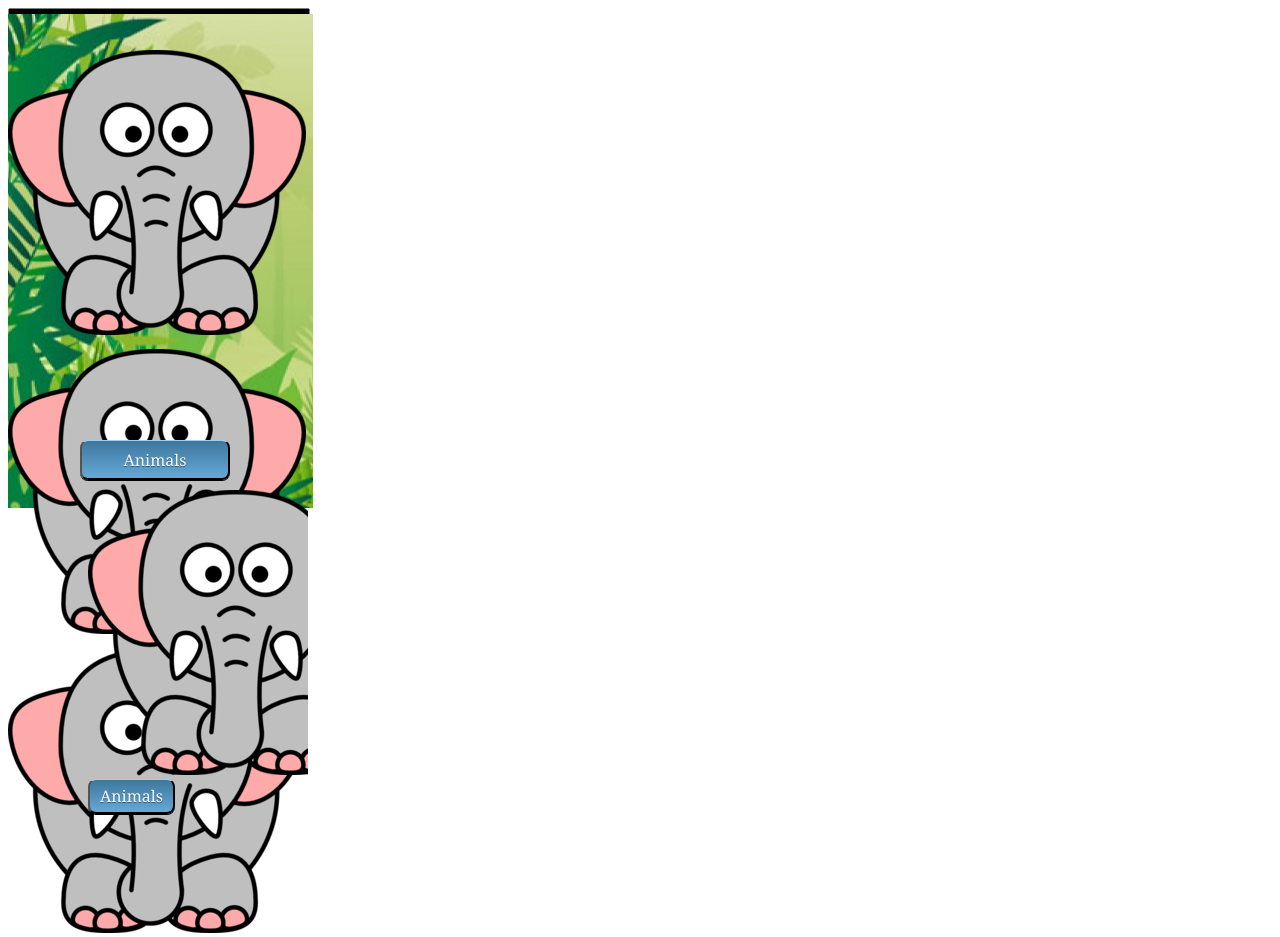
Repository: RathipriyaChandrasekaran/dotlite
Page: ConnectDots/menupage.html
These files come from the project's save history. The page is drawn as it stood at one moment and after the next save; the edit follows.
The browser window is 1280 px wide. The pictures show the whole page.

Above is the page before, as saved 2014-12-14 02:51:21.

### ConnectDots/menupage.html
<!DOCTYPE html>
<html>
<head>
     <meta charset="utf-8" />
     <meta name="viewport" content="width=device-width, initial-scale=1.0, maximum-scale=1.0">
     <link rel="stylesheet" type="text/css" href="css/appstyle.css"/>
     <script src="js/main.js"></script>
</head>
<body>

 <div id="scroll" class="scope">

   <div id="filmstrip" class="filmstrip" style="width: 1500px;">
    <div id="animals">
     <img src="images/elephants.png"></img>
     <button class="button">Animals</button>
    </div>
    <div id="music">
     <img src="images/elephants.png"></img>
     <button class="button">Music</button>
    </div>
    <div id="">
     <img src="images/elephants.png"></img>
     <button class="button">Music</button>
    </div>
    <img src="images/elephants.png"></img>
   </div>
 </div>
 <canvas id="canvas" width="305px" height="500px"></canvas>
  <button id="animals" class="button">Animals</button>


 <script>
 var points=new Array();
 var canvas = document.getElementById('canvas');
 var context = canvas.getContext('2d');
 var height = 490;
 var width = 300;

 context.beginPath();
 context.rect(1, 1, width, height);
 context.fill();
 context.lineWidth = 1;
 context.strokeStyle = 'black';
 context.stroke();

 function loadCanvas(dataURL, _cb) {

     // load image from data url
     var imageObj = new Image();
     imageObj.onload = function() {
         var imgWidth = this.width;
         var imgHeight = this.height;
         var posX = (width - imgWidth)/2;
         var posY = (height - imgHeight)/2;
         context.drawImage(this, -5, posY + 10);
         if (_cb) _cb();
     };

     imageObj.src = dataURL;
 }

loadCanvas("images/jungle.png", function() {

});




 </script>
</body>
</html>

### ConnectDots/css/appstyle.css
#backgroundimage{
	display: block;

    background-repeat: no-repeat ;
}

#play{
	position: absolute;
	top: 270px;
	left: 200px;
	width: 100px;
	height: 35px;
}

#pref{
	position : absolute;
	top: 320px;
	left: 200px;
	width: 100px;
	height: 30px;
}
#moregame{
	position : absolute;
	top: 360px;
	left: 200px;
	width: 100px;
	height: 30px;
}
#animals{
	position : absolute;
	top: 440px;
	left: 80px;
	width: 150px;
	height: 40px;
}
#fullversion{
	position : absolute;
	top: 400px;
	left: 200px;
	width: 100px;
	height: 30px;
}
.button {
   border-top: 1px solid #96d1f8;
   background: #D2691E;
   background: -webkit-gradient(linear, left top, left bottom, from(#3e779d), to(#65a9d7));
   background: -webkit-linear-gradient(top, #3e779d, #65a9d7);
   background: -moz-linear-gradient(top, #3e779d, #65a9d7);
   background: -ms-linear-gradient(top, #3e779d, #65a9d7);
   background: -o-linear-gradient(top, #3e779d, #65a9d7);
   padding: 5px 10px;
   -webkit-border-radius: 8px;
   -moz-border-radius: 8px;
   border-radius: 8px;
   -webkit-box-shadow: rgba(0,0,0,1) 0 1px 0;
   -moz-box-shadow: rgba(0,0,0,1) 0 1px 0;
   box-shadow: rgba(0,0,0,1) 0 1px 0;
   text-shadow: rgba(0,0,0,.4) 0 1px 0;
   color: white;
   font-size: 16px;
   font-family: Georgia, serif;
   text-decoration: bold;
   vertical-align: middle;
   }
.button:hover {
   border-top-color: #28597a;
   background: #28597a;
   color: #ccc;
   }
.button:active {
   border-top-color: #1b435e;
   background: #D2691E;
   }
   .smallbutton {
   border-top: 1px solid #96d1f8;
   background: #65a9d7;
   background: -webkit-gradient(linear, left top, left bottom, from(#3e779d), to(#65a9d7));
   background: -webkit-linear-gradient(top, #3e779d, #65a9d7);
   background: -moz-linear-gradient(top, #3e779d, #65a9d7);
   background: -ms-linear-gradient(top, #3e779d, #65a9d7);
   background: -o-linear-gradient(top, #3e779d, #65a9d7);
   padding: 5px 10px;
   -webkit-border-radius: 8px;
   -moz-border-radius: 8px;
   border-radius: 8px;
   -webkit-box-shadow: rgba(0,0,0,1) 0 1px 0;
   -moz-box-shadow: rgba(0,0,0,1) 0 1px 0;
   box-shadow: rgba(0,0,0,1) 0 1px 0;
   text-shadow: rgba(0,0,0,.4) 0 1px 0;
   color: white;
   font-size: 14px;
   font-family: Georgia, serif;
   text-decoration: none;
   vertical-align: middle;
   }
   .scope{
     position: absolute;
     top: 50px;
     width:300px;
     overflow-x:scroll;
     overflow-y:hidden;
   }

   #container {
    position: absolute;
    margin: 0px;
    padding: 0px;
    width: 100%;
    height: 100%;
    overflow: hidden;
}

.box {
    position: absolute;
    width: 50%;
    height: 300px;
    line-height: 300px;
    font-size: 50px;
    text-align: center;
    border: 2px solid black;
    left: 150%;
    top: 100px;
    margin-left: -25%;
}

#box1 {
    background-color: green;
    left: 50%;
}

#box2 {
    background-color: yellow;
}

### ConnectDots/js/main.js
var startTime;
var checkTime;

//Initialize function
var init = function () {
	// TODO:: Do your initialization job
	console.log("init() called");

	// add eventListener for tizenhwkey
	document.addEventListener('tizenhwkey', function(e) {
		if(e.keyName == "back") {
			try {
				tizen.application.getCurrentApplication().exit();
			} catch (error) {
				console.error("getCurrentApplication(): " + error.message);
			}
		}
	});
};
// window.onload can work without <body onload="">
window.onload = init;

function startTime() {
	var today = new Date();
	var h = today.getHours();

	var m = today.getMinutes();
	var s = today.getSeconds();
	m = checkTime(m);
	s = checkTime(s);
	document.getElementById('divbutton1').innerHTML="Current time: " + h + ":" + m + ":" + s;
	var t = setTimeout(startTime, 250);
}

function checkTime(i) {
	if (i < 10) {
		i="0" + i;
	}
	return i;
}

After the next save:
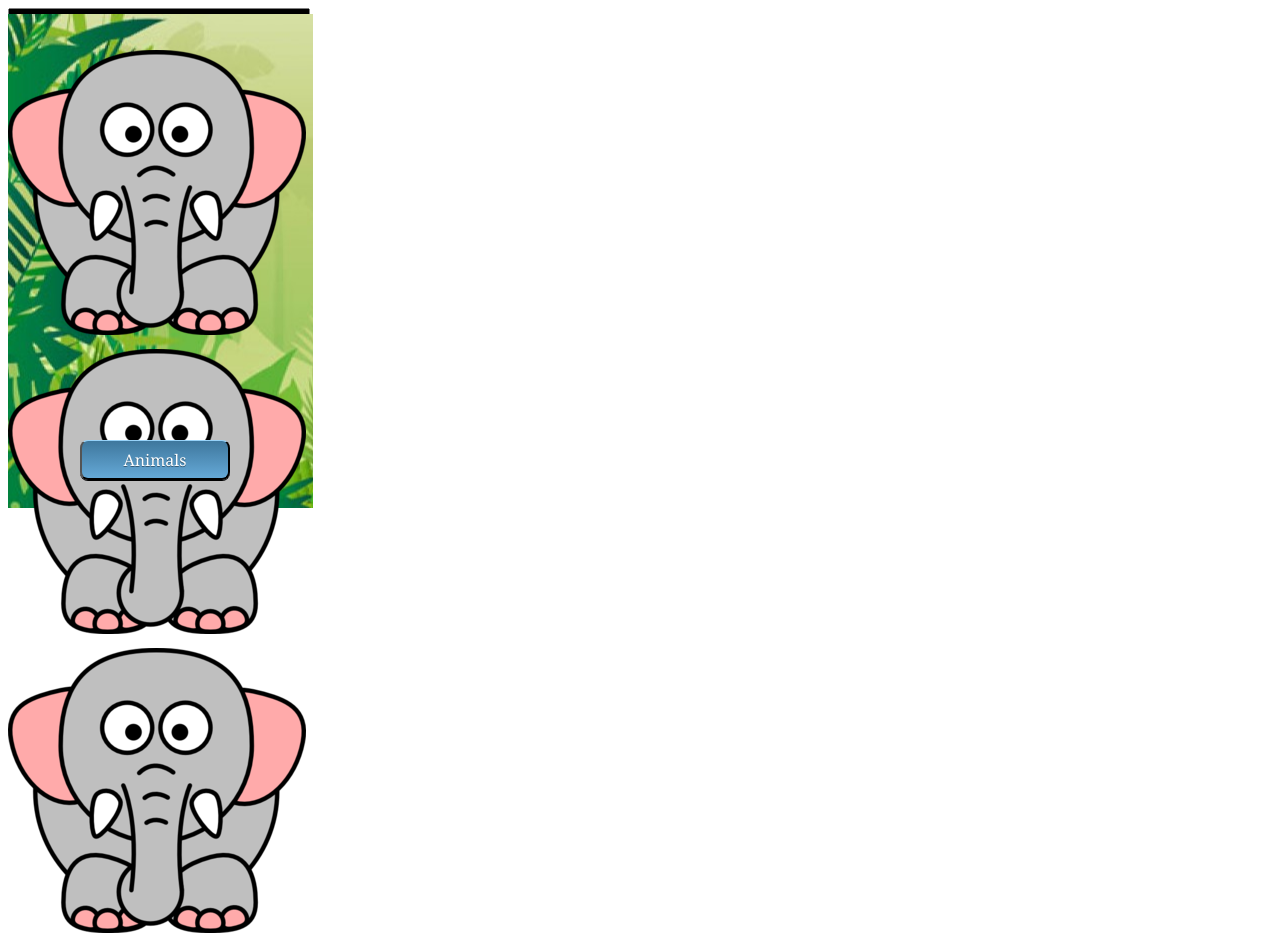
Saved 2 min 24 s later.
--- a/ConnectDots/menupage.html
+++ b/ConnectDots/menupage.html
@@ -11,7 +11,7 @@
  <div id="scroll" class="scope">
 
    <div id="filmstrip" class="filmstrip" style="width: 1500px;">
-    <div id="animals">
+    <div id="animallearning">
      <img src="images/elephants.png"></img>
      <button class="button">Animals</button>
     </div>
@@ -23,7 +23,7 @@
      <img src="images/elephants.png"></img>
      <button class="button">Music</button>
     </div>
-    <img src="images/elephants.png"></img>
+
    </div>
  </div>
  <canvas id="canvas" width="305px" height="500px"></canvas>
